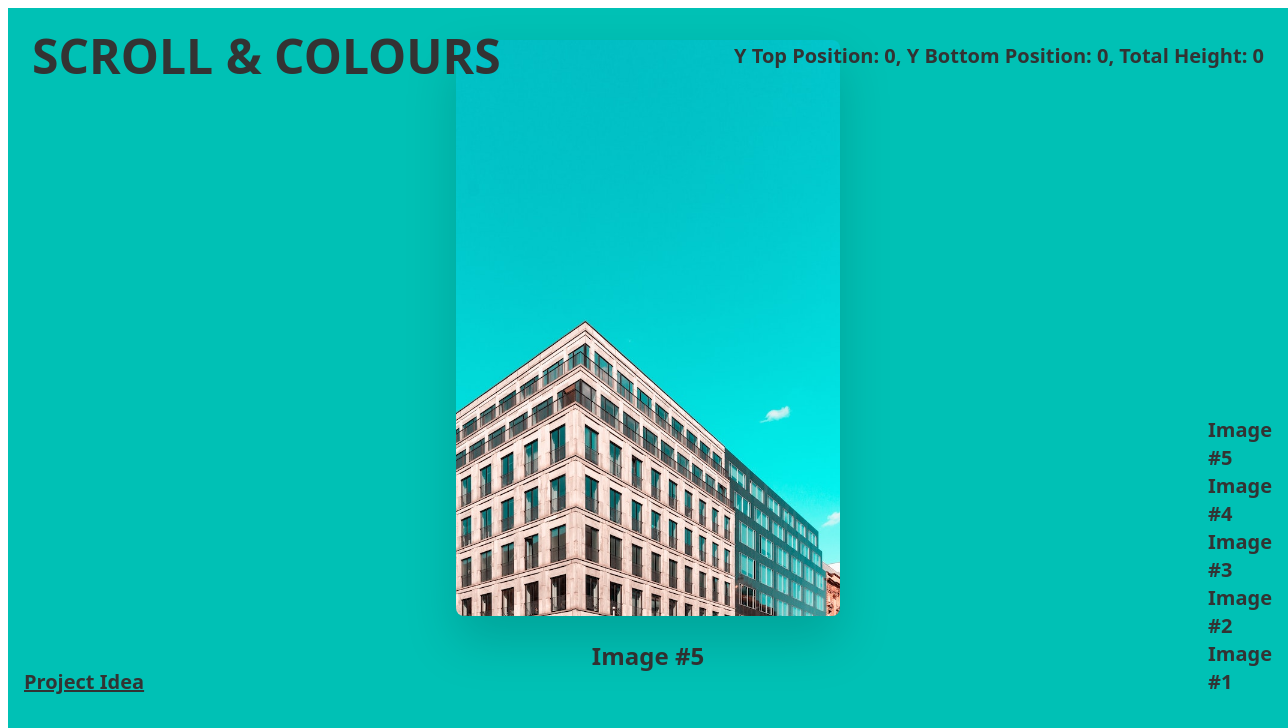
Repository: chelle-c/smooth-scroll-colours
Page: /
An editor plug-in stored every save of this project. The page is shown before and after the next save, followed by the edit.
The browser window is 1280 px wide. The page is 1288 px wide, so the pictures cover 1288 px, including what lies to the right of the window. The pictures show the whole page.
An inner scrolling area shows only its first screen. The project was rebuilt for these pictures with package versions that can differ from the ones it lists, and the page was loaded fresh each time. Imported but missing from the stored project, and not drawn on this page: images.

Above is the page before, as saved 2022-09-30 20:47:47.

### src/App.svelte
<script>
	import '/images/';
	import { fade } from 'svelte/transition';

	let sections = [
		{ id: 1, image: 'red', alt: '', colour: '#00c1b5' },
		{ id: 2, image: 'blue', alt: '', colour: '#ff651a' },
		{ id: 3, image: 'yellow', alt: '', colour: '#ffbe00' },
		{ id: 4, image: 'orange', alt: '', colour: '#1d3fbb' },
		{ id: 5, image: 'turquoise', alt: '', colour: '#e30512' },
	];

	let box;
	let yTop = 0;
	let yBottom = 0;
	let yHeight = 0;
	let innerHeight;
	let lastScroll = 0;
	let isScrolling = false;

	const colours = sections.map(section => section.colour);
	let initialBG = '#00c1b5';

	let setColour = () => {
		isScrolling = true;
		let colour;
		for (let index = 0; index < sections.length; index++) {
			if (yTop >= 0 && yTop > lastScroll) {
				if (lastScroll <= innerHeight * index) {
					isScrolling = true;
					colour = colours[index];
					break;
				}
			} else if (yTop < lastScroll) {
				if (lastScroll < innerHeight * (index + 1)) {
					colour = colours[index];
					break;
				}
			}
		}

		initialBG = colour;
		setInterval(() => {
			document.getElementById('background').style.backgroundColor =
				initialBG;
		}, 150);
		lastScroll = yTop;
		isScrolling = false;
	};

	let parseScroll = () => {
		yTop = box.scrollTop;
		yBottom = yTop + innerHeight;
		yHeight = box.scrollHeight;
		setColour();
	};
</script>

<svelte:window bind:innerHeight />

<div
	id="background"
	class="bgDisplay min-w-full min-h-screen z-0 absolute"
	style="transition: background-color 1.5s;"
/>

<main
	class="scrollsnap-container min-w-full min-h-screen flex flex-col scroll-smooth"
	bind:this={box}
	on:scroll={!isScrolling ? parseScroll : null}
	on:mousemove={!isScrolling ? parseScroll : null}
>
	<div
		class="min-w-full p-6 flex flex-row justify-between items-center z-10 absolute"
	>
		<div>
			<h1 class="font-sans font-bold text-5xl uppercase">
				Scroll & Colours
			</h1>
		</div>
		<div class="font-sans font-bold text-xl">
			Y Top Position: {yTop}, Y Bottom Position: {yBottom}, Total Height: {yHeight}
		</div>
	</div>

	{#each [...sections].reverse() as { id, image, alt }}
		<section
			id="section{id}"
			class="flex flex-col justify-center items-center min-w-full min-h-screen justify-center items-center transition-colors snap-always snap-center"
		>
			<div in:fade class="drop-shadow-2xl">
				<img
					class="w-96 rounded-lg"
					src="/images/image-{image}.jpg"
					{alt}
				/>
			</div>
			<h3 class="font-sans font-bold text-2xl p-6">Image #{id}</h3>
		</section>
	{/each}

	<div
		class="min-w-full p-6 flex flex-row justify-between items-end z-100 absolute bottom-0 left-0 pointer-events-none"
	>
		<div
			class="font-sans font-semibold text-xl underline pointer-events-auto hover:font-bold"
		>
			<a href="https://www.frontendpractice.com/projects/backstage-talks"
				>Project Idea</a
			>
		</div>
		<div class="font-sans font-semibold text-xl pointer-events-auto">
			<ul>
				<li class="w-12">
					<a href="#section5" class="hover:font-bold">Image #5</a>
				</li>
				<li class="w-12">
					<a href="#section4" class="hover:font-bold">Image #4</a>
				</li>
				<li class="w-12">
					<a href="#section3" class="hover:font-bold">Image #3</a>
				</li>
				<li class="w-12">
					<a href="#section2" class="hover:font-bold">Image #2</a>
				</li>
				<li class="w-12">
					<a href="#section1" class="hover:font-bold">Image #1</a>
				</li>
			</ul>
		</div>
	</div>
</main>

<style global lang="postcss">
	@tailwind base;
	@tailwind components;
	@tailwind utilities;

	:global(body) {
		margin: 0;
		padding: 0;
	}

	a,
	a:visited {
		color: inherit;
	}

	section {
		display: flex;
		justify-content: center;
		align-items: center;
		width: 100vw;
		height: 100vh;
		scroll-snap-align: start;
		position: relative;
		background: inherit;
		transition: background-color 1s linear;
	}

	.bgDisplay {
		background-color: #00c1b5;
	}

	.scrollsnap-container {
		display: flex;
		flex-direction: column;
		width: 100vw;
		height: 100%;
		margin: 0;
		padding: 0;
		overflow-x: hidden;
		overflow-y: scroll;
		scroll-snap-type: y mandatory;
		scroll-snap-type: mandatory; /* for older browsers */
		scroll-snap-points-y: repeat(100vh); /* for older browsers */
		scrollbar-width: none;
		background: transparent;
	}
</style>

### tailwind.config.js
/** @type {import('tailwindcss').Config} */
const production = process.env.NODE_ENV !== 'development'
module.exports = {
	future: {
		purgeLayersByDefault: true,
		removeDeprecatedGapUtilities: true,
	},
	purge: {
		content: ['./src/**/*.svelte'],
		enabled: production, // disable purge in dev
	},
	content: [],
	theme: {
		extend: {},
	},
	plugins: [],
};

### public/global.css
html, body {
	position: relative;
	width: 100%;
	height: 100%;
}

body {
	color: #333;
	margin: 0;
	padding: 8px;
	box-sizing: border-box;
	font-family: -apple-system, BlinkMacSystemFont, "Segoe UI", Roboto, Oxygen-Sans, Ubuntu, Cantarell, "Helvetica Neue", sans-serif;
}

a {
	color: rgb(0,100,200);
	text-decoration: none;
}

a:hover {
	text-decoration: underline;
}

a:visited {
	color: rgb(0,80,160);
}

label {
	display: block;
}

input, button, select, textarea {
	font-family: inherit;
	font-size: inherit;
	-webkit-padding: 0.4em 0;
	padding: 0.4em;
	margin: 0 0 0.5em 0;
	box-sizing: border-box;
	border: 1px solid #ccc;
	border-radius: 2px;
}

input:disabled {
	color: #ccc;
}

button {
	color: #333;
	background-color: #f4f4f4;
	outline: none;
}

button:disabled {
	color: #999;
}

button:not(:disabled):active {
	background-color: #ddd;
}

button:focus {
	border-color: #666;
}

Loaded but not shown: public/index.html (common file); src/main.js (common file)

After the next save:
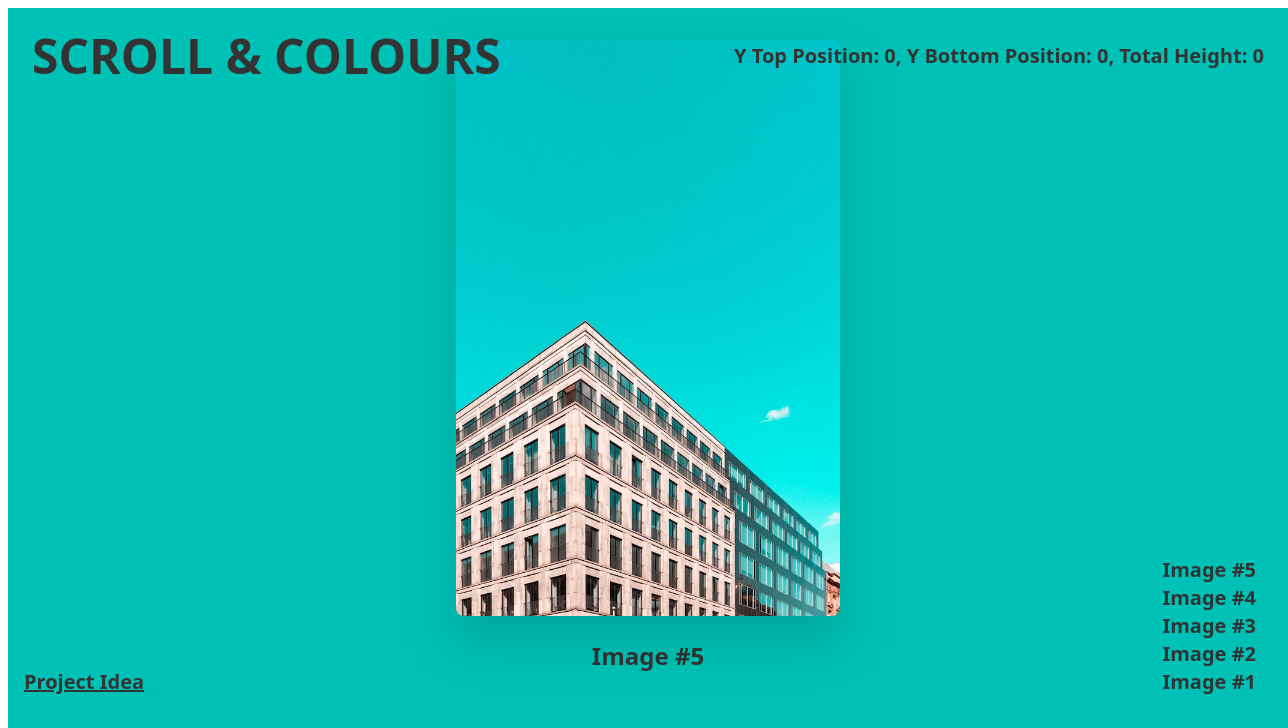
Saved 13 s later.
--- a/src/App.svelte
+++ b/src/App.svelte
@@ -111,19 +111,19 @@
 		</div>
 		<div class="font-sans font-semibold text-xl pointer-events-auto">
 			<ul>
-				<li class="w-12">
+				<li class="w-18">
 					<a href="#section5" class="hover:font-bold">Image #5</a>
 				</li>
-				<li class="w-12">
+				<li class="w-18">
 					<a href="#section4" class="hover:font-bold">Image #4</a>
 				</li>
-				<li class="w-12">
+				<li class="w-18">
 					<a href="#section3" class="hover:font-bold">Image #3</a>
 				</li>
-				<li class="w-12">
+				<li class="w-18">
 					<a href="#section2" class="hover:font-bold">Image #2</a>
 				</li>
-				<li class="w-12">
+				<li class="w-18">
 					<a href="#section1" class="hover:font-bold">Image #1</a>
 				</li>
 			</ul>
